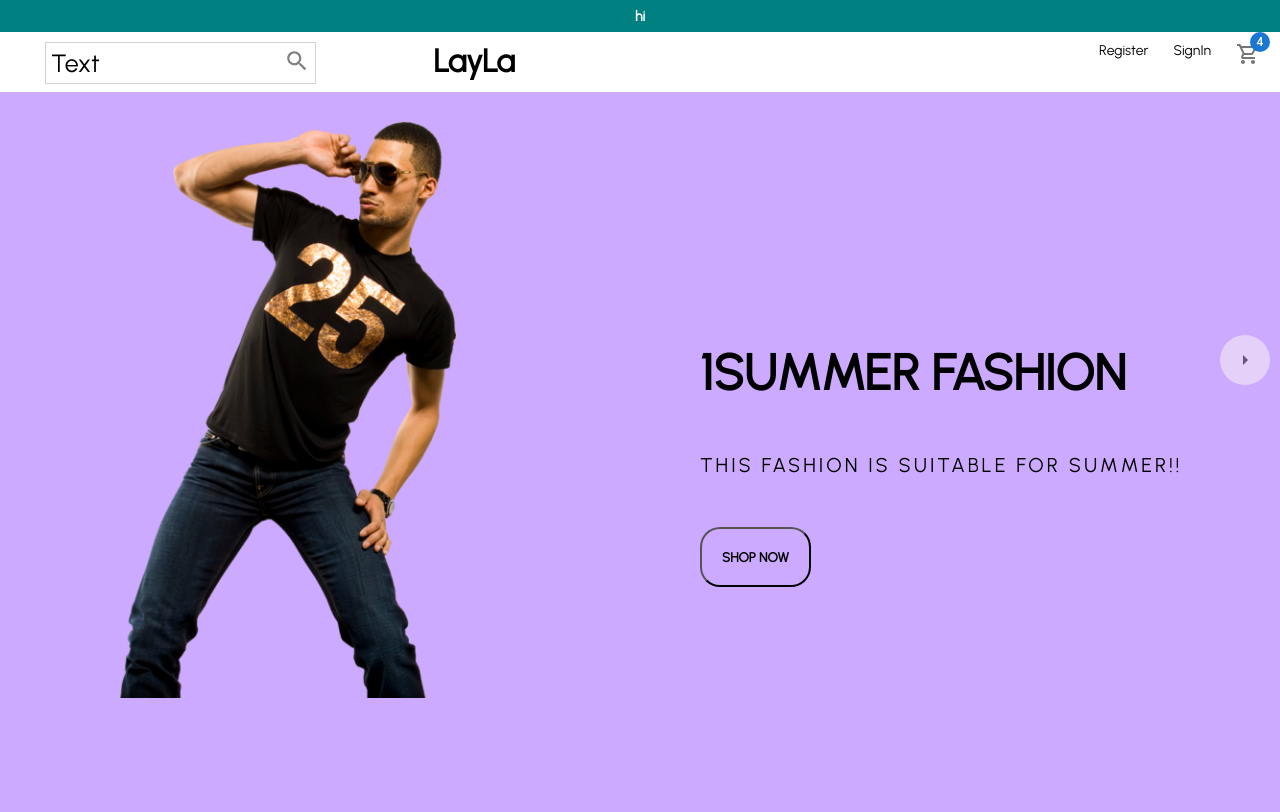
Repository: WaiMaungMaung/React_Ecom
Page: /
These files come from the project's save history. The page is drawn as it stood at one moment and after the next save; the edit follows.
The browser window is 1280 px wide. The pictures show the whole page.
The project was rebuilt for these pictures with package versions that can differ from the ones it lists, and the page was loaded fresh each time.

Above is the page before, as saved 2022-05-06 15:41:03.

After the next save:
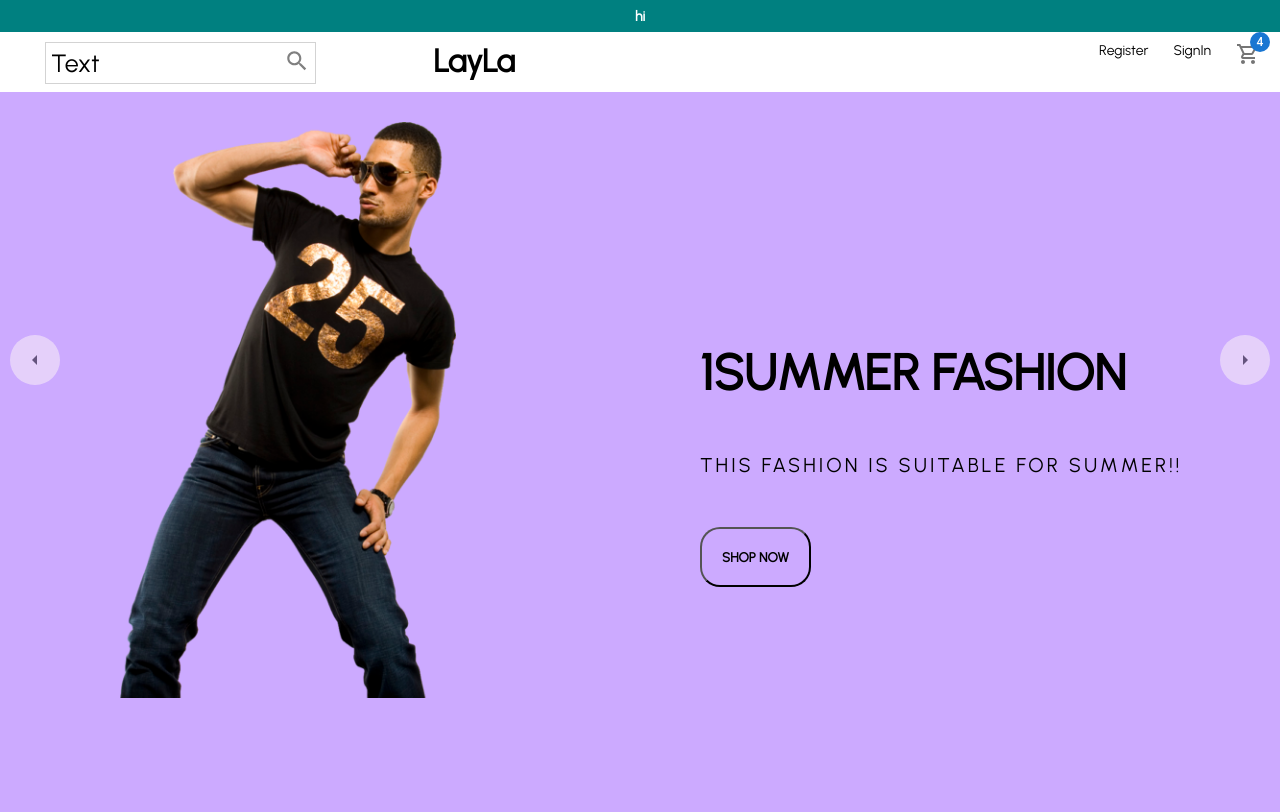
Saved 4 min 48 s later.
--- a/src/components/Slider.jsx
+++ b/src/components/Slider.jsx
@@ -24,6 +24,7 @@ const Arrow = styled.div`
   opacity: 0.5;
   left: ${(props) => props.direction === "left" && "10px"};
   right: ${(props) => props.direction === "right" && "10px"};
+  z-index: 2;
 `;
 const Slide = styled.div`
   display: flex;
@@ -69,7 +70,10 @@ const Button = styled.button`
 `;
 const Slider = () => {
   const [slideIndex, setSldeIndex] = useState(0);
-  const handleClick = (direction) => {};
+  const handleClick = (direction) => {
+    if (direction == "left") {
+    }
+  };
   return (
     <Container>
       <Arrow direction="left" onClick={() => handleClick("left")}>
